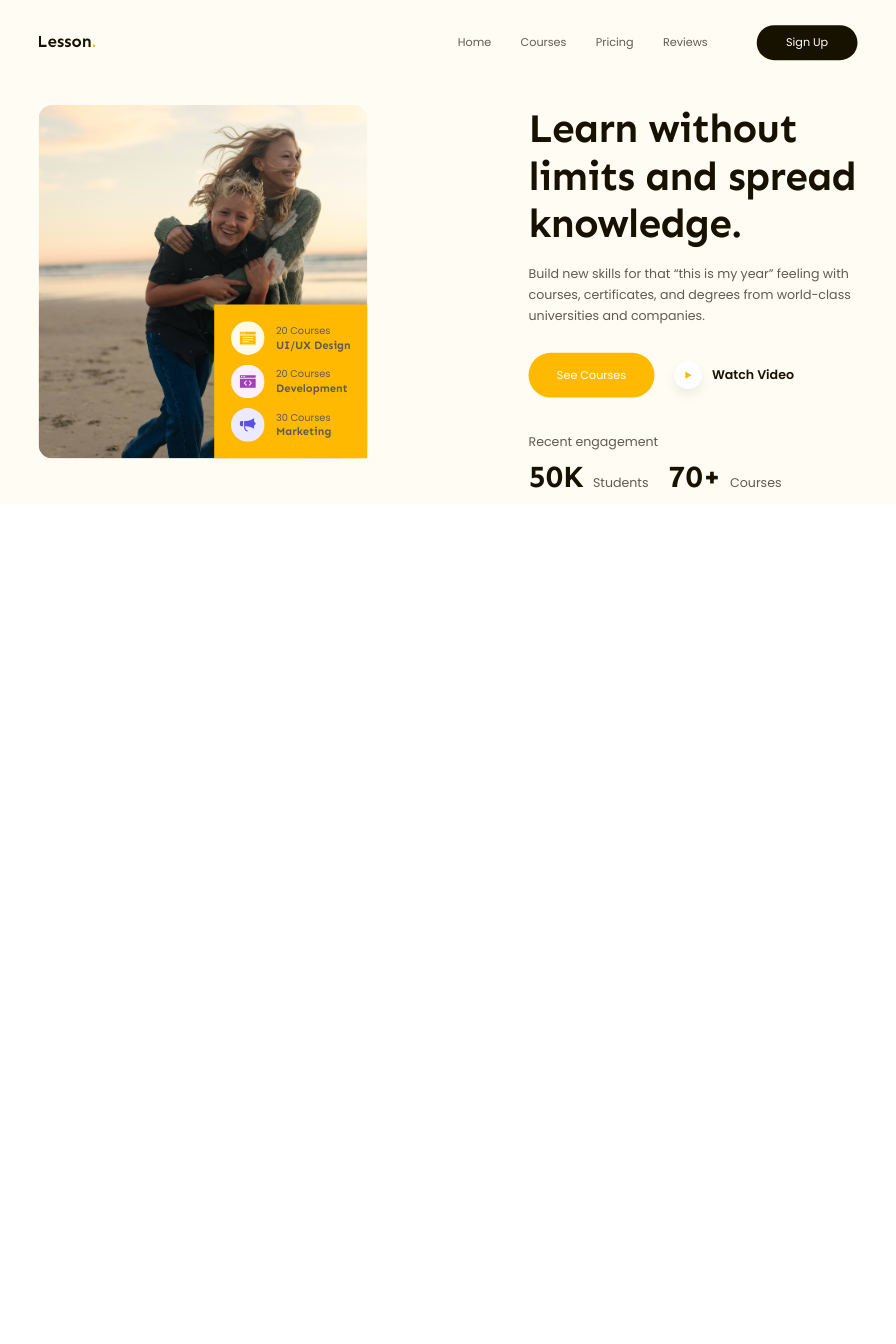
Repository: tinhtranjp/htmlcss-01
Page: index.html
The author's editor kept a copy of each file at every save. The page is drawn from the files as they stood at one save, then again after the next save.
The browser window is 1280 px wide. The pictures show the part of the page from y = 0 to 1920 px (the page is 5000 px tall), at 70% of full size.

Above is the page before, as saved 2023-01-20 02:26:57.

After the next save:
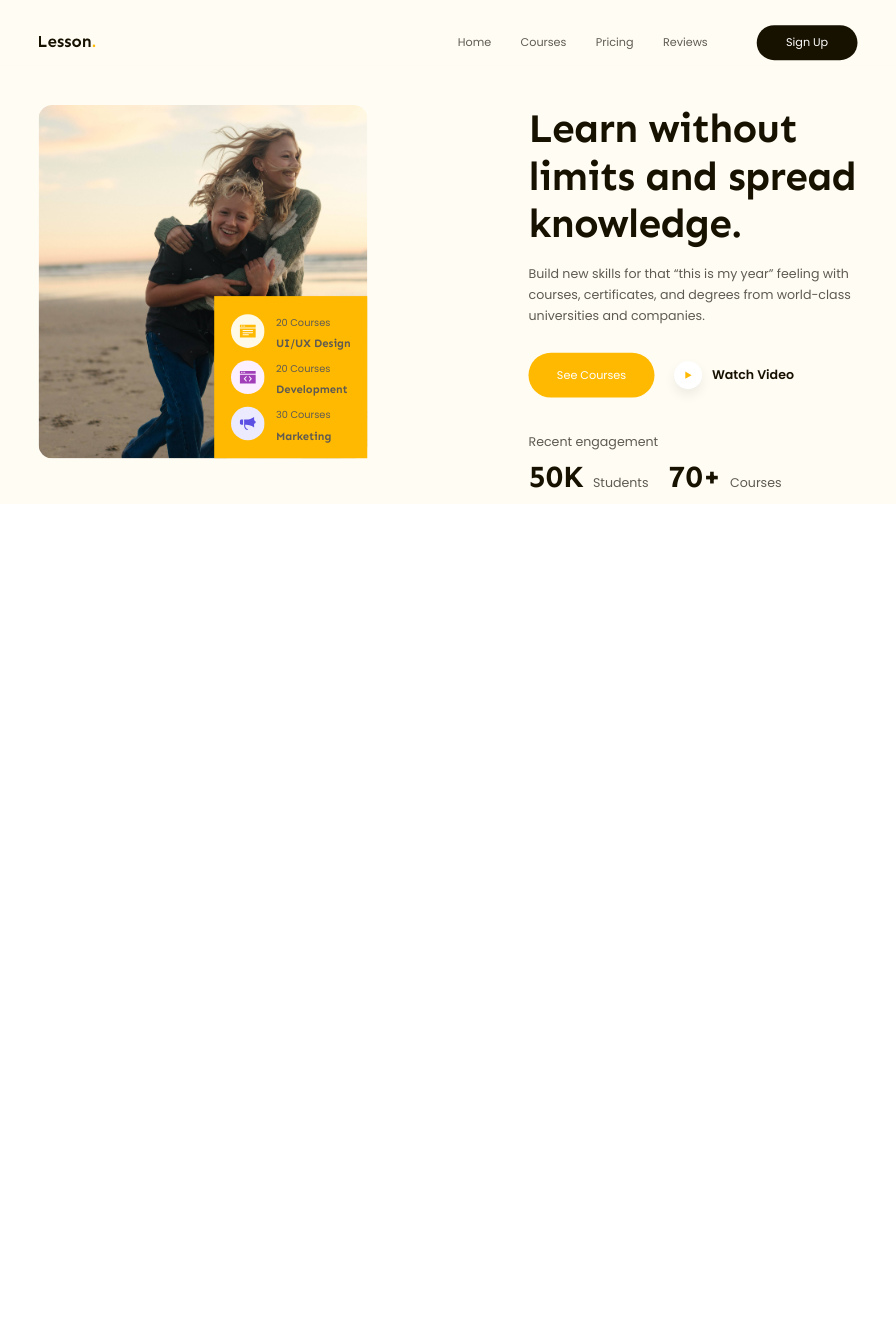
Saved 10 s later.
--- a/assets/css/styles.css
+++ b/assets/css/styles.css
@@ -120,7 +120,7 @@
 
 .hero-img-block .marketing .info p {
   display: flex;
-  margin-bottom: auto;
+  margin-bottom: 10px;
   font-weight: 400;
   font-size: 1.4rem;
   line-height: 1.86;
